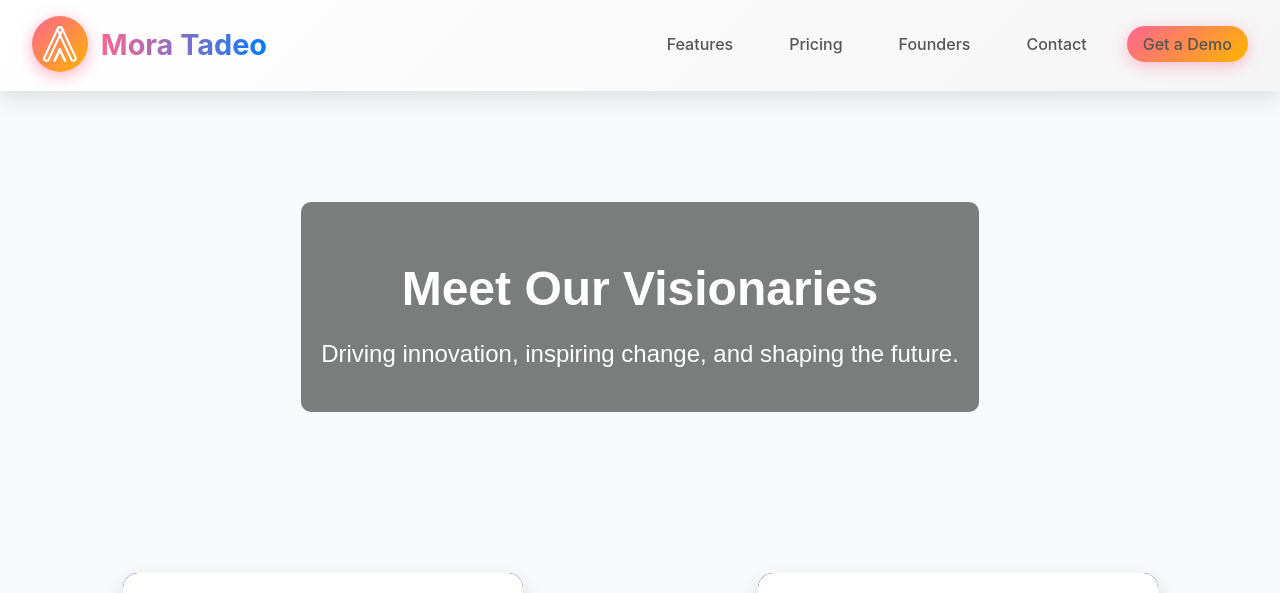
Repository: AbrahamM007/moratadeo
Page: /founders
These files come from the project's save history. The page is drawn as it stood at one moment and after a run of saves; the edit follows.
The browser window is 1280 px wide. The pictures show the part of the page from y = 0 to 593 px (the page is 1191 px tall).
Pictures or frames that could not be fetched are drawn as grey boxes. The project was rebuilt for these pictures with package versions that can differ from the ones it lists, and the page was loaded fresh each time. Also part of the build but not shown: src/HeroSection.css, src/HeroSection.js, src/InfoSection.css, src/InfoSection.js, src/RoadmapSection.css, src/RoadmapSection.js, src/DesignPhaseSection.js, src/HeroBanner.js and 7 more.

Above is the page before, as saved 2025-01-12 22:04:29.
Not found: path-to-hero-background.jpg

After the next 2 saves:
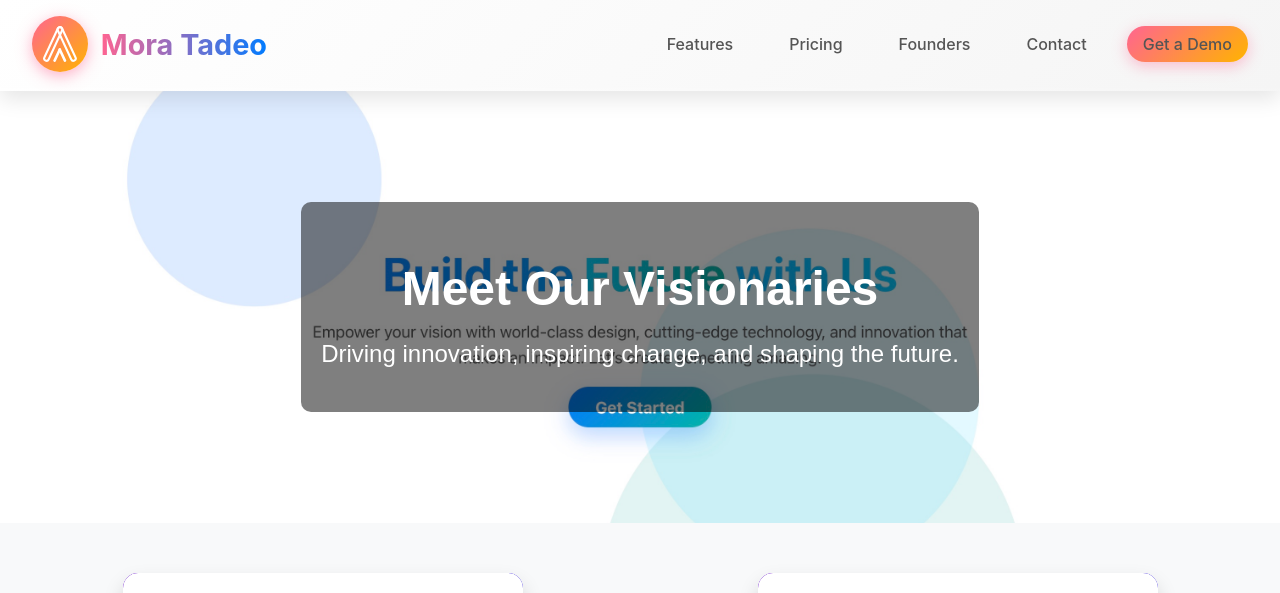
The 2 saves are shown as one change because they came seconds apart.
The last was saved 58 s later.
--- a/src/FoundersPage.css
+++ b/src/FoundersPage.css
@@ -10,7 +10,7 @@
   .founders-hero {
     position: relative;
     height: 60vh;
-    background: url('/path-to-hero-background.jpg') no-repeat center center/cover; /* Replace with actual image path */
+    background: url('./banner.jpeg') no-repeat center center/cover; /* Replace with actual image path */
     display: flex;
     align-items: center;
     justify-content: center;
